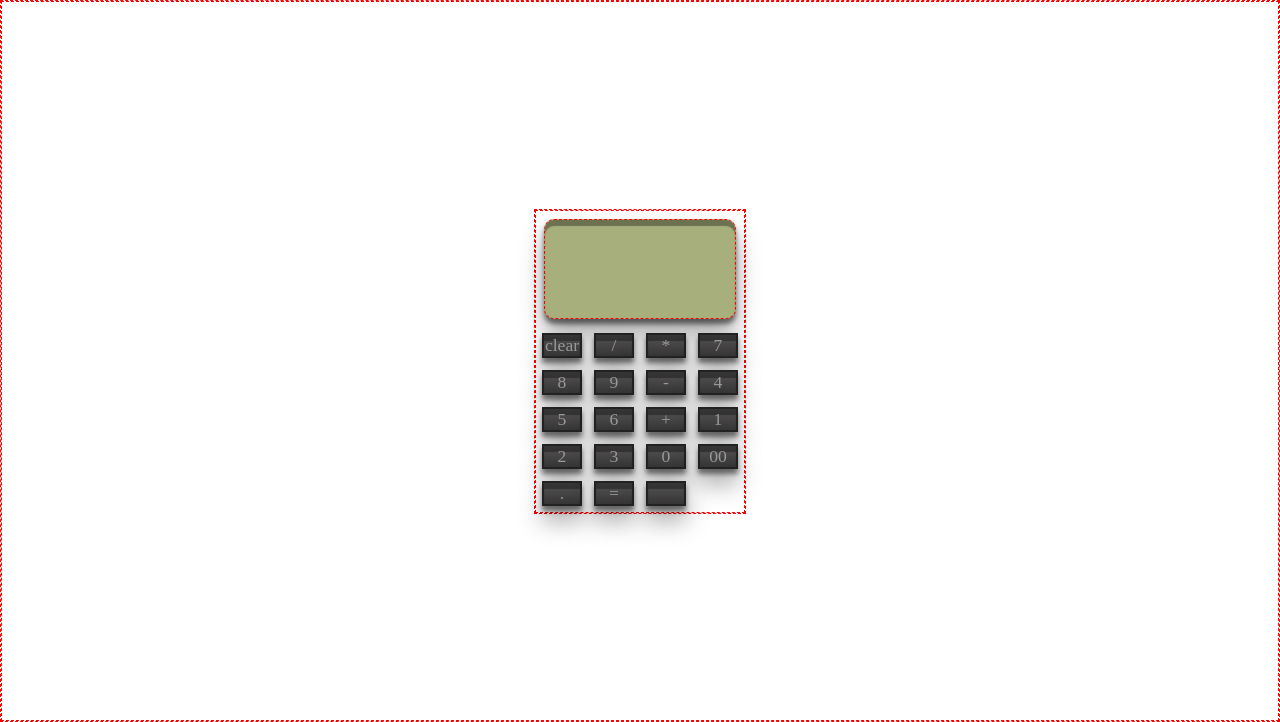
Repository: JunaidAnsari202/calculator
Page: index.html
An editor plug-in stored every save of this project. The page is shown before and after a run of saves, followed by the edit.
The browser window is 1280 px wide. The pictures show the whole page.

Above is the page before, as saved 2023-10-28 00:10:35.

After the next 12 saves:
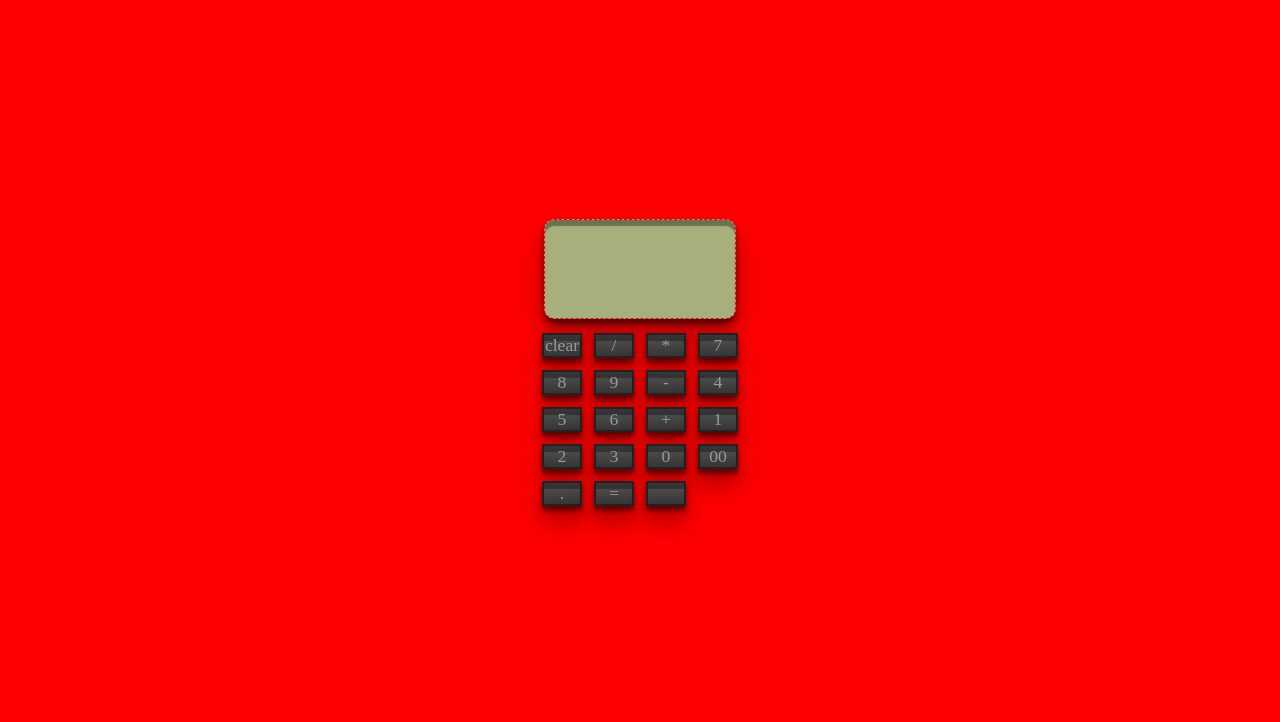
The 12 saves are shown as one change because they came seconds apart.
The last was saved 84 s later.
--- a/style.css
+++ b/style.css
@@ -10,6 +10,7 @@ body{
     justify-content: center;
     align-items: center;
     height: 100vh;
+    background-color: red;
 }
 .calculator{
     position: relative;
